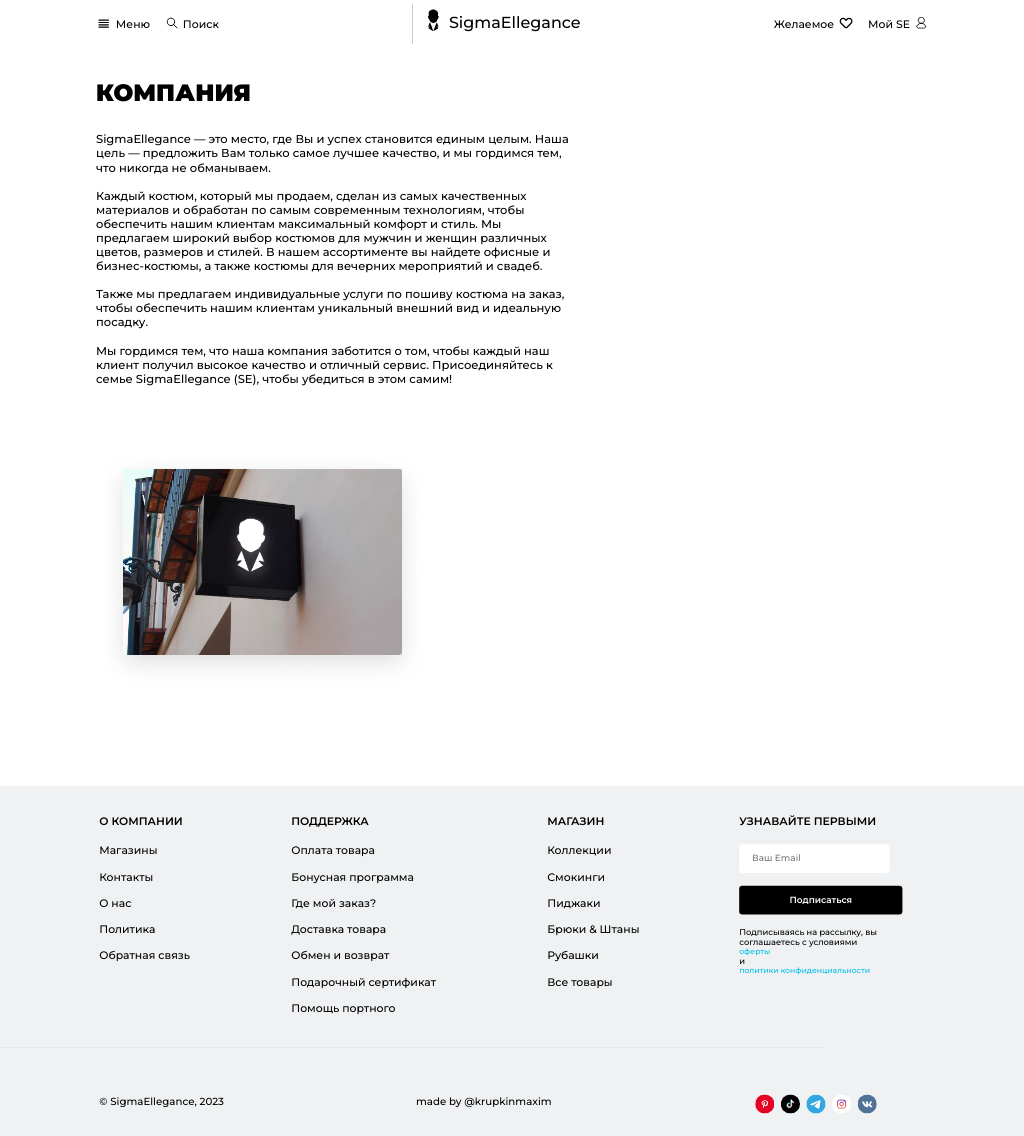
Repository: MaksimKrupkin/SigmaEllegance
Page: /aboutuspage
The author's editor kept a copy of each file at every save. The page is drawn from the files as they stood at one save, then again after the next save.
The browser window is 1280 px wide. The page is 1600 px wide, so the pictures cover 1600 px, including what lies to the right of the window. The pictures show the whole page, at 64% of full size.
Some web fonts or font styles are not loaded; a fallback is used. The project was rebuilt for these pictures with package versions that can differ from the ones it lists, and the page was loaded fresh each time. Also part of the build but not shown: src/Components/SideBar/SideBar.module.css, src/Components/SideBar/SideBar.jsx, src/Pages/HomePage.module.css, src/Components/Slider/Slider.module.css, src/Components/SliderCard/SliderCard.module.css, src/Components/SliderCard/SliderCard.jsx, src/Components/Slider/Slider.jsx, src/Components/Styles/Styles.module.css and 14 more.

Above is the page before, as saved 2023-11-29 20:07:15.

### public/index.html
<!DOCTYPE html>
<html lang="en">
  <head>
    <meta charset="utf-8" />

    <meta name="viewport" content="width=device-width, initial-scale=1" />

    <link rel="preconnect" href="https://fonts.googleapis.com" />
    <link rel="preconnect" href="https://fonts.gstatic.com" crossorigin />
    <link
      href="https://fonts.googleapis.com/css2?family=Roboto:wght@400;500;700&display=swap"
      rel="stylesheet" />
    <link
      href="https://fonts.googleapis.com/css2?family=Montserrat:ital,wght@0,300;0,500;0,600;0,900;1,400;1,500&family=Roboto:wght@400;500;700&display=swap"
      rel="stylesheet" />
    <link rel="preconnect" href="https://fonts.googleapis.com" />
    <link rel="preconnect" href="https://fonts.gstatic.com" crossorigin />
    <link
      href="https://fonts.googleapis.com/css2?family=Montserrat:wght@300&family=Roboto:wght@400;500;700&display=swap"
      rel="stylesheet" />
    <link href="https://fonts.cdnfonts.com/css/montserrat" rel="stylesheet" />
    <title>SigmaEllegance</title>
  </head>
  <body>
    <div id="root"></div>
  </body>
</html>

### src/index.js
import React from 'react';
import ReactDOM from 'react-dom/client';
import App from './App';
import { BrowserRouter } from 'react-router-dom';
const root = ReactDOM.createRoot(document.getElementById('root'));
root.render(
  <React.StrictMode>
    <BrowserRouter>
      <App />
    </BrowserRouter>
  </React.StrictMode>,
);

### src/App.js
import Header from './Components/Header/Header';
import HomePage from './Pages/HomePage';
import styles from './App.module.css';
import GoodsPage from './Pages/GoodsPage/GoodsPage';
import OpenGoodPage from './Pages/OpenGoodPage/OpenGoodPage';
import Footer from './Components/Footer/Footer';
import { BrowserRouter, Route, Routes } from 'react-router-dom';
import AboutUs from './Pages/AboutUs/AboutUs';

function App() {
  return (
    <div className={styles.container}>
      <Header />
      <Routes>
        <Route path="/" element={<HomePage />} />
        <Route path="/goodspage" element={<GoodsPage />} />
        <Route path="/opengoodspage" element={<OpenGoodPage />} />
        <Route path="/aboutuspage" element={<AboutUs />} />
      </Routes>

      <Footer />
    </div>
  );
}

export default App;

### src/Components/Header/Header.jsx
import React from 'react';
import { useState } from 'react';
import { Link } from 'react-router-dom';
import styles from './Header.module.css';
import logo from '../../assets/img/logo.svg';
import icon1 from '../../assets/img/Icon1.svg';
import icon2 from '../../assets/img/icon2.svg';
import icon3 from '../../assets/img/icon3.svg';
import icon4 from '../../assets/img/icon4.svg';
import SideBar from '../SideBar/SideBar';

function Header() {
  const [toggleMenu, setToggleMenu] = useState(false);
  const HandleToggle = () => {
    setToggleMenu(!toggleMenu);
  };
  console.log(toggleMenu);
  return (
    <header className={styles.header}>
      <div className={styles.left_part}>
        <div onClick={HandleToggle} className={styles.menu}>
          <img className={styles.icon1} src={icon1} alt="" />
          <p>Меню</p>
        </div>
        {toggleMenu && <SideBar HandleToggle={HandleToggle} />}

        <a className={styles.search}>
          <img className={styles.icon2} src={icon2} alt="" />
          <p>Поиск</p>
        </a>
      </div>
      <Link to="/" className={styles.logo_part}>
        <img className={styles.logo} src={logo} alt="" />
        <p>SigmaEllegance</p>
      </Link>
      <div className={styles.right_part}>
        <a className={styles.liked}>
          <p>Желаемое</p>
          <img className={styles.icon3} src={icon3} alt="" />
        </a>
        <a className={styles.purchases}>
          <p>Мой SE</p>
          <img className={styles.icon4} src={icon4} alt="" />
        </a>
      </div>
    </header>
  );
}

export default Header;

### src/App.module.css
body {
  font-family: 'Montserrat', sans-serif;
  display: block;
  margin: 0 auto;
  padding: 0;
  width: 100%;
  overflow-x: hidden;
}
.container {
  width: 1600px;
  display: block;
  margin: 0 auto;
  position: relative;
}

*,
*::before,
*::after {
  box-sizing: border-box;
}

/* Links */

a,
a:link,
a:visited {
  text-decoration: none;
}

a:hover {
  text-decoration: none;
}

/* Common */

aside,
nav,
footer,
header,
section,
main {
  display: block;
}

h1,
h2,
h3,
h4,
h5,
h6,
p {
  font-size: inherit;
  font-weight: inherit;
}

ul,
ul li {
  list-style: none;
}

img {
  vertical-align: top;
}

img,
svg {
  max-width: 100%;
  height: auto;
}

address {
  font-style: normal;
}

/* Form */

input,
textarea,
button,
select {
  font-family: inherit;
  font-size: inherit;
  color: inherit;
  background-color: transparent;
}

input::-ms-clear {
  display: none;
}

button,
input[type='submit'] {
  display: inline-block;
  box-shadow: none;
  background-color: transparent;
  background: none;
  cursor: pointer;
}

input:focus,
input:active,
button:focus,
button:active {
  outline: none;
}

button::-moz-focus-inner {
  padding: 0;
  border: 0;
}

label {
  cursor: pointer;
}

legend {
  display: block;
}

### src/Components/Footer/Footer.jsx
import React from 'react';
import icon1 from '../../assets/img/pint.svg';
import icon2 from '../../assets/img/TT.svg';
import icon3 from '../../assets/img/TG.svg';
import icon4 from '../../assets/img/IG.svg';
import icon5 from '../../assets/img/VK.svg';
import styles from './Footer.module.css';

export default function Footer() {
  return (
    <footer className={styles.footer}>
      <div className={styles.column_1}>
        <a className={styles.column_title}>О компании</a>
        <a className={styles.column_item}> Магазины</a>
        <a className={styles.column_item}>Контакты</a>
        <a className={styles.column_item}>О нас</a>
        <a className={styles.column_item}>Политика</a>
        <a className={styles.column_item}>Обратная связь</a>
      </div>
      <div className={styles.column_2}>
        <a className={styles.column_title}>Поддержка</a>
        <a className={styles.column_item}> Оплата товара</a>
        <a className={styles.column_item}>Бонусная программа</a>
        <a className={styles.column_item}>Где мой заказ?</a>
        <a className={styles.column_item}>Доставка товара</a>
        <a className={styles.column_item}>Обмен и возврат</a>
        <a className={styles.column_item}>Подарочный сертификат</a>
        <a className={styles.column_item}>Помощь портного</a>
      </div>
      <div className={styles.column_3}>
        <a className={styles.column_title}>Магазин</a>
        <a className={styles.column_item}> Коллекции</a>
        <a className={styles.column_item}>Смокинги</a>
        <a className={styles.column_item}>Пиджаки</a>
        <a className={styles.column_item}>Брюки & Штаны</a>
        <a className={styles.column_item}>Рубашки</a>
        <a className={styles.column_item}>Все товары</a>
      </div>
      <div className={styles.footer_form}>
        <div className={styles.footer_form_title}>Узнавайте первыми</div>
        <form action={styles.text}>
          <input className={styles.footer_form_email} type="text" placeholder="Ваш Email" />
        </form>
        <div className={styles.footer_button}>
          <div className={styles.footer_link}>Подписаться</div>
        </div>
        <div className={styles.policy}>
          Подписываясь на рассылку, вы соглашаетесь с условиями{' '}
          <a href="" className={styles.policy_link}>
            оферты
          </a>{' '}
          и <a className={styles.policy_link}>политики конфиденциальности</a>{' '}
        </div>
      </div>
      <div className={styles.footer_border}>
        <img src="/img/Border.svg" alt="" />
      </div>
      <div className={styles.sigma_corp}>© SigmaEllegance, 2023</div>
      <div className={styles.made_by}>made by @krupkinmaxim</div>
      <div className={styles.social_networks}>
        <img className={styles.pintrest} src={icon1} alt="" />
        <img className={styles.tik_tok} src={icon2} alt="" />
        <img className={styles.telegram} src={icon3} alt="" />
        <img className={styles.instagram} src={icon4} alt="" />
        <img className={styles.vk} src={icon5} alt="" />
      </div>
    </footer>
  );
}

### src/Pages/AboutUs/AboutUs.jsx
import React from 'react';
import styles from './AboutUs.module.css';
import image from '../../assets/img/billboard.png';

export default function AboutUs() {
  return (
    <main className={styles.container}>
      <div>
        <h1 className={styles.title}>Компания</h1>
        <div className={styles.text}>
          SigmaEllegance — это место, где Вы и успех становится единым целым. Наша цель — предложить
          Вам только самое лучшее качество, и мы гордимся тем, что никогда не обманываем.
          <br />
          <br /> Каждый костюм, который мы продаем, сделан из самых качественных материалов и
          обработан по самым современным технологиям, чтобы обеспечить нашим клиентам максимальный
          комфорт и стиль. Мы предлагаем широкий выбор костюмов для мужчин и женщин различных
          цветов, размеров и стилей. В нашем ассортименте вы найдете офисные и бизнес-костюмы, а
          также костюмы для вечерних мероприятий и свадеб.
          <br />
          <br /> Также мы предлагаем индивидуальные услуги по пошиву костюма на заказ, чтобы
          обеспечить нашим клиентам уникальный внешний вид и идеальную посадку.
          <br />
          <br /> Мы гордимся тем, что наша компания заботится о том, чтобы каждый наш клиент получил
          высокое качество и отличный сервис. Присоединяйтесь к семье SigmaEllegance (SE), чтобы
          убедиться в этом самим!
        </div>
      </div>
      <img className={styles.image} src={image} alt="" />
    </main>
  );
}

### src/Components/Header/Header.module.css
.header {
  font-family: 'Montserrat', sans-serif;
  margin: 0 auto;
  width: 100%;
  height: 10vh;
  display: flex;
  justify-content: space-around;
  align-items: center;
}

.left_part {
  display: flex;
  justify-content: space-between;
  align-items: center;
  gap: 25px;
  color: #000;
  margin-bottom: -2px;

  font-family: Montserrat;
  font-size: 17px;
  font-style: normal;
  font-weight: 500;
  line-height: normal;
}
.menu {
  display: flex;
  justify-content: space-between;
  align-items: center;
  gap: 8px;
  cursor: pointer;
}
.menu:hover {
  color: rgb(80, 77, 77);
}
.icon1 {
  width: 22px;
  height: 22px;
  margin-bottom: 1px;
}
.search {
  display: flex;
  justify-content: space-between;
  align-items: center;
  gap: 8px;
  cursor: pointer;
}
.search:hover {
  color: rgb(80, 77, 77);
}
.icon2 {
  width: 18px;
  height: 18px;
  margin-bottom: 3px;
}

.logo_part {
  margin-bottom: 3px;
  display: flex;
  justify-content: space-between;
  align-items: center;

  color: #000;

  font-family: Montserrat;
  font-size: 25px;
  font-style: normal;
  font-weight: 400;
  line-height: normal;
  cursor: pointer;
}

.logo {
  width: 67.375px;
  height: 69.103px;
  flex-shrink: 0;
  margin-right: -10px;
}
.right_part {
  margin-bottom: -2px;
  display: flex;
  justify-content: space-between;
  align-items: center;
  gap: 23px;
  font-family: Montserrat;
  font-size: 17px;
  font-style: normal;
  font-weight: 500;
  line-height: normal;
}

.liked {
  display: flex;
  justify-content: space-between;
  align-items: center;
  gap: 8px;
  cursor: pointer;
}
.liked:hover {
  color: rgb(80, 77, 77);
}
.icon3 {
  width: 22px;
  height: 22px;
  margin-bottom: 3px;
}

.purchases {
  display: flex;
  justify-content: space-between;
  align-items: center;
  gap: 8px;
  cursor: pointer;
}
.purchases:hover {
  color: rgb(80, 77, 77);
}

.icon4 {
  width: 19px;
  height: 19px;
  margin-bottom: 3px;
}

### src/Components/Footer/Footer.module.css
.footer {
  background-color: #eff1f3;
  width: 1600px;
  height: 547px;
  position: relative;
}
a {
  display: block;
}

.column_1 {
  position: absolute;
  top: 45px;
  left: 155px;
}

.column_2 {
  position: absolute;
  top: 45px;
  left: 455px;
}

.column_3 {
  position: absolute;
  top: 45px;
  left: 855px;
}
.column_title {
  font-style: normal;
  font-weight: 600;
  font-size: 17px;
  line-height: 21px;
  text-transform: uppercase;
  color: #000000;
  margin-bottom: 25px;
}

.column_item {
  font-family: 'Montserrat';
  font-style: normal;
  font-weight: 400;
  font-size: 17px;
  line-height: 21px;
  color: #000000;
  margin-bottom: 20px;
  cursor: pointer;
}

.footer_form {
  position: absolute;
  top: 45px;
  left: 1155px;
}

.footer_form_title {
  font-style: normal;
  font-weight: 600;
  font-size: 17px;
  line-height: 21px;
  text-transform: uppercase;
  color: #000000;
  margin-bottom: 25px;
}
.footer {
  opacity: 1;
}
.footer_form_email {
  width: 235px;
  height: 45px;
  background-color: white;
  border: none;
  border-radius: 5px;
  font-style: normal;
  font-weight: 400;
  font-size: 14px;
  line-height: 17px;
  padding-left: 20px;
  color: rgba(0, 0, 0, 0.4);
}
.footer_form_email:focus {
  border: 2px solid black;
}

.footer_button {
  margin-top: 20px;
  margin-bottom: 20px;
  width: 255px;
  background-color: #000000;
  border-radius: 5px;
  text-align: center;
  font-style: normal;
  font-weight: 600;
  font-size: 14px;
  line-height: 45px;
  color: #ffffff;
  cursor: pointer;
}
.footer_link {
  color: #ffffff;
}

.policy {
  width: 254px;
  font-style: normal;
  font-weight: 400;
  font-size: 13px;
  line-height: 15px;
  color: #000000;
}
.policy_link {
  font-style: normal;
  font-weight: 400;
  font-size: 12px;
  line-height: 15px;
  color: #00bfed;
}

.footer_border {
  position: absolute;
  bottom: 120px;
}

.sigma_corp {
  position: absolute;
  left: 155px;
  bottom: 45px;

  font-weight: 500;
}

.made_by {
  position: absolute;
  left: 650px;
  bottom: 45px;
  font-weight: 500;
}

.social_networks {
  position: absolute;
  left: 1180px;
  bottom: 35px;
}
.pintrest {
  width: 30px;
  height: 30px;
  margin-right: 10px;
  transition: all 0.1s ease-in;
  cursor: pointer;
}
.pintrest:hover {
  width: 35px;
  height: 35px;
  transform: translateY(-3px);
}
.tik_tok {
  width: 30px;
  height: 30px;
  margin-right: 10px;
  transition: all 0.1s ease-in;
  cursor: pointer;
}
.tik_tok:hover {
  width: 35px;
  height: 35px;
  transform: translateY(-3px);
}
.telegram {
  width: 30px;
  height: 30px;
  margin-right: 10px;
  transition: all 0.1s ease-in;
  cursor: pointer;
}
.telegram:hover {
  width: 35px;
  height: 35px;
  transform: translateY(-3px);
}
.instagram {
  width: 30px;
  height: 30px;
  margin-right: 10px;
  transition: all 0.1s ease-in;
  cursor: pointer;
}
.instagram:hover {
  width: 35px;
  height: 35px;
  transform: translateY(-3px);
}
.vk {
  width: 30px;
  height: 30px;
  margin-right: 10px;
  transition: all 0.1s ease-in;
  cursor: pointer;
}
.vk:hover {
  width: 35px;
  height: 35px;
  transform: translateY(-3px);
}

### src/Pages/AboutUs/AboutUs.module.css
.container {
  width: 1200px;
  margin: 150px;
  margin-right: 140px;
  margin-top: 50px;

  gap: 30px;
}
.title {
  color: #000;

  font-family: Montserrat;
  font-size: 37px;
  font-style: normal;
  font-weight: 700;
  line-height: normal;
  text-transform: uppercase;
  margin-bottom: 40px;
}
.text {
  width: 740px;
  height: 496px;
  flex-shrink: 0;
  color: #000;

  font-family: Montserrat;
  font-size: 18px;
  font-style: normal;
  font-weight: 400;
  line-height: normal;
}

.image {
  width: 520px;
}

After the next save:
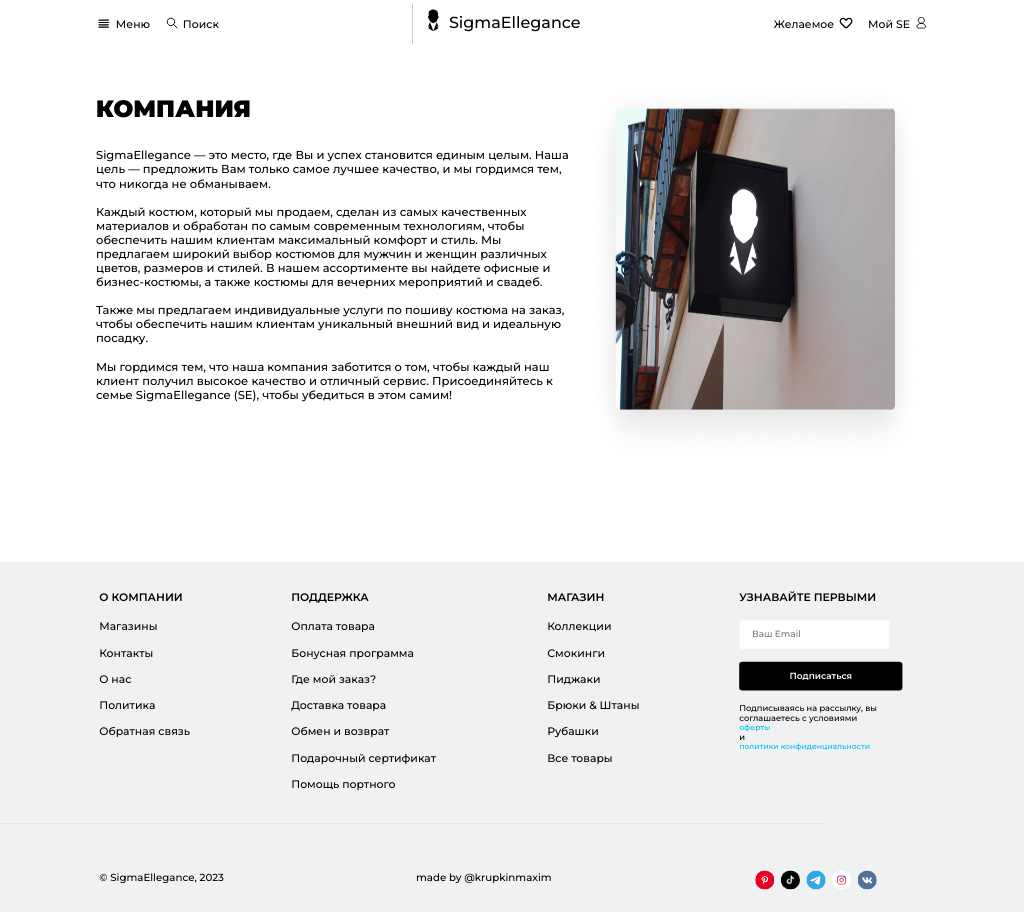
Saved 69 s later.
--- a/src/Pages/AboutUs/AboutUs.module.css
+++ b/src/Pages/AboutUs/AboutUs.module.css
@@ -3,8 +3,12 @@
   margin: 150px;
   margin-right: 140px;
   margin-top: 50px;
+  display: flex;
+  justify-content: space-between;
 
   gap: 30px;
+}
+.leftPart {
 }
 .title {
   color: #000;
